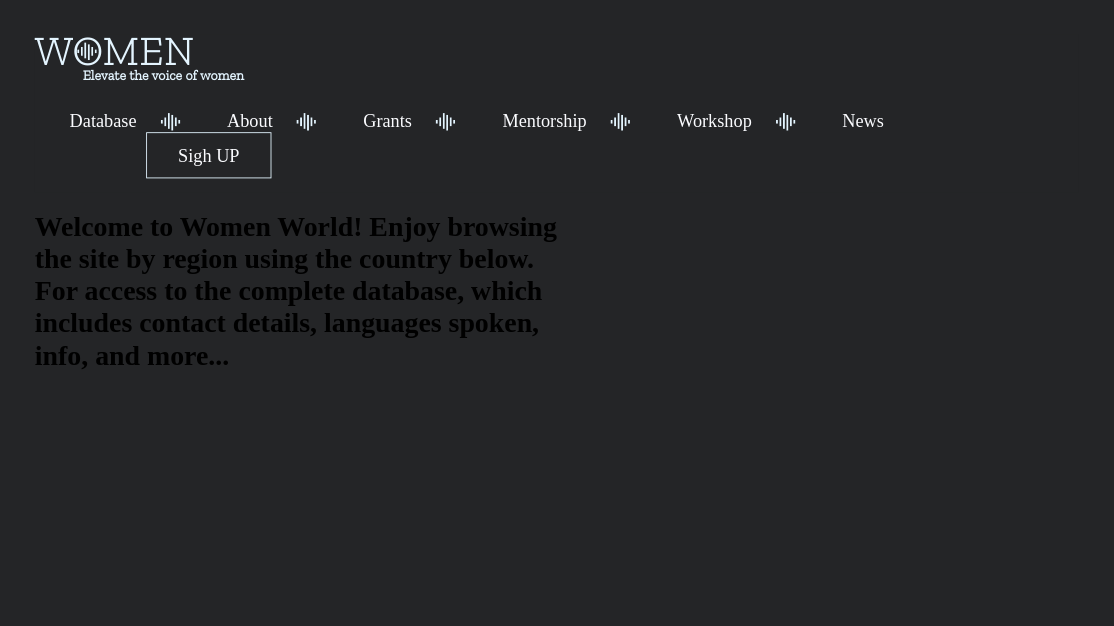
Repository: AndreyMykulych/user_home_work_Mykulych
Page: 5/index.html
An editor plug-in stored every save of this project. The page is shown before and after the next save, followed by the edit.
The browser window is 1280 px wide. The pictures show the whole page, at 87% of full size.

Above is the page before, as saved 2023-03-04 20:21:53.

### 5/index.html
<!DOCTYPE html>
<html lang="en">
<head>
    <meta charset="UTF-8">
    <meta http-equiv="X-UA-Compatible" content="IE=edge">
    <meta name="viewport" content="width=device-width, initial-scale=1.0">
    <title>Document</title>
    <link rel="stylesheet" href="style/normalize.css">
    <link rel="stylesheet" href="style/index.css">
    <link rel="preconnect" href="https://fonts.googleapis.com">
<link rel="preconnect" href="https://fonts.gstatic.com" crossorigin>
<link href="https://fonts.googleapis.com/css2?family=Roboto&family=Zilla+Slab:wght@300&display=swap" rel="stylesheet">
<link rel="preconnect" href="https://fonts.googleapis.com">
<link rel="preconnect" href="https://fonts.gstatic.com" crossorigin>
<link href="https://fonts.googleapis.com/css2?family=Roboto&family=Zilla+Slab:wght@300&display=swap" rel="stylesheet">
<link rel="preconnect" href="https://fonts.googleapis.com">
<link rel="preconnect" href="https://fonts.gstatic.com" crossorigin>
<link href="https://fonts.googleapis.com/css2?family=Roboto&family=Zilla+Slab:wght@300&display=swap" rel="stylesheet">
</head>
<body>

    <div class="header clearfix">
        <div class="logo clearfix">
            WOMEN
            <p>Elevate the voice of women</p>
        </div>
        <div class="menu clearfix">
            <ul>
                <li>
                    <a href="#">Database</a>
                </li>
                <li>
                    <a href="#">About</a>
                </li>
                <li>
                    <a href="#">Grants</a>
                </li>
                <li>
                    <a href="#">Mentorship</a>
                </li>
                <li>
                    <a href="#">Workshop</a>
                </li>
                <li>
                    <a href="#">News</a>
                </li>
                <li>
                    <a class="header_button" type="button" href="#">Sigh UP</a>
                </li>
            </ul>
        </div>
    </div>

<div class="middle_content">
    <h1>Welcome to Women World!

        Enjoy browsing the site by region using the country below.

        For access to the complete database, which includes contact details, languages spoken, info, and more...</h1>
</div>
</body>
</html>

### 5/style/index.css
*{
    box-sizing: border-box;
}
.clearfix::after{
    content: "";
    display: table;
    clear: both;
}
body{
    background-color: #242527;

    margin-top: 40px;
    margin-bottom:69px ;
    margin-left: 40px;
    margin-right: 40px;
}

.header{
    width: 100%;
    height: auto;
    margin: 0 auto;
    background-color: #242527;
}
.logo {
    display: inline-block;
    float: left;
    width: 300px;
    font-size: 48px;
    font-weight: bold;
    color: #E4F5FF;
    font-family: 'Roboto', sans-serif;
font-family: 'Zilla Slab', serif;
font-style: normal;
font-weight: 400;
line-height: 37px;
background-image: url("../img/Vector_(2).png");
background-repeat: no-repeat;
background-size: auto;
background-position-x: 49px;
background-position-y: 9px;
margin: 0;
  }
  .logo p{
      width: 200px;
      margin: 0;
      font-family: 'Roboto', sans-serif;
      font-family: 'Zilla Slab', serif;
    font-style: normal;
    font-weight: 700;
    font-size: 16px;
    line-height: 20px;
    color: #E4F5FF;
    margin-left: 55px;
  }
   .menu {
       display: inline-block;
       float: right;

   }
   .menu li{
       display: inline-block;
       margin-right: 50px;
       margin-top: 14px;
   }
  .menu a{
      color: #FBFCFF;
      text-decoration: none;
      font-family: 'Clab';
font-style: normal;
font-weight: 300;
font-size: 21px;
line-height: 25px;
  }
  .menu li:last-child{
      border: 1px solid #E4F5FF;
      width: 144px;
      height: 53px;
      font-family: 'Clab';
font-style: normal;
font-weight: 300;
font-size: 21px;
line-height: 51px;
background-image: none;
margin-right: 0;
text-align:  center;
margin-left: 88px;
margin-top: 0;
padding-right: 0;
font-family: 'Roboto', sans-serif;
font-family: 'Zilla Slab', serif;
  }
  .menu a:visited{
      color:#FBFCFF;
  }
  .menu ul li{
      background-image: url("../img/Vector_(2).png");
      background-repeat: no-repeat;
      background-position:center right ;
      padding-right: 50px;
  }
  .menu li:nth-last-child(2){
    background-image: none;
}
.middle_content{
    width: 620px;
    height: auto;
}

Loaded but not shown: 5/style/normalize.css (library)

After the next save:
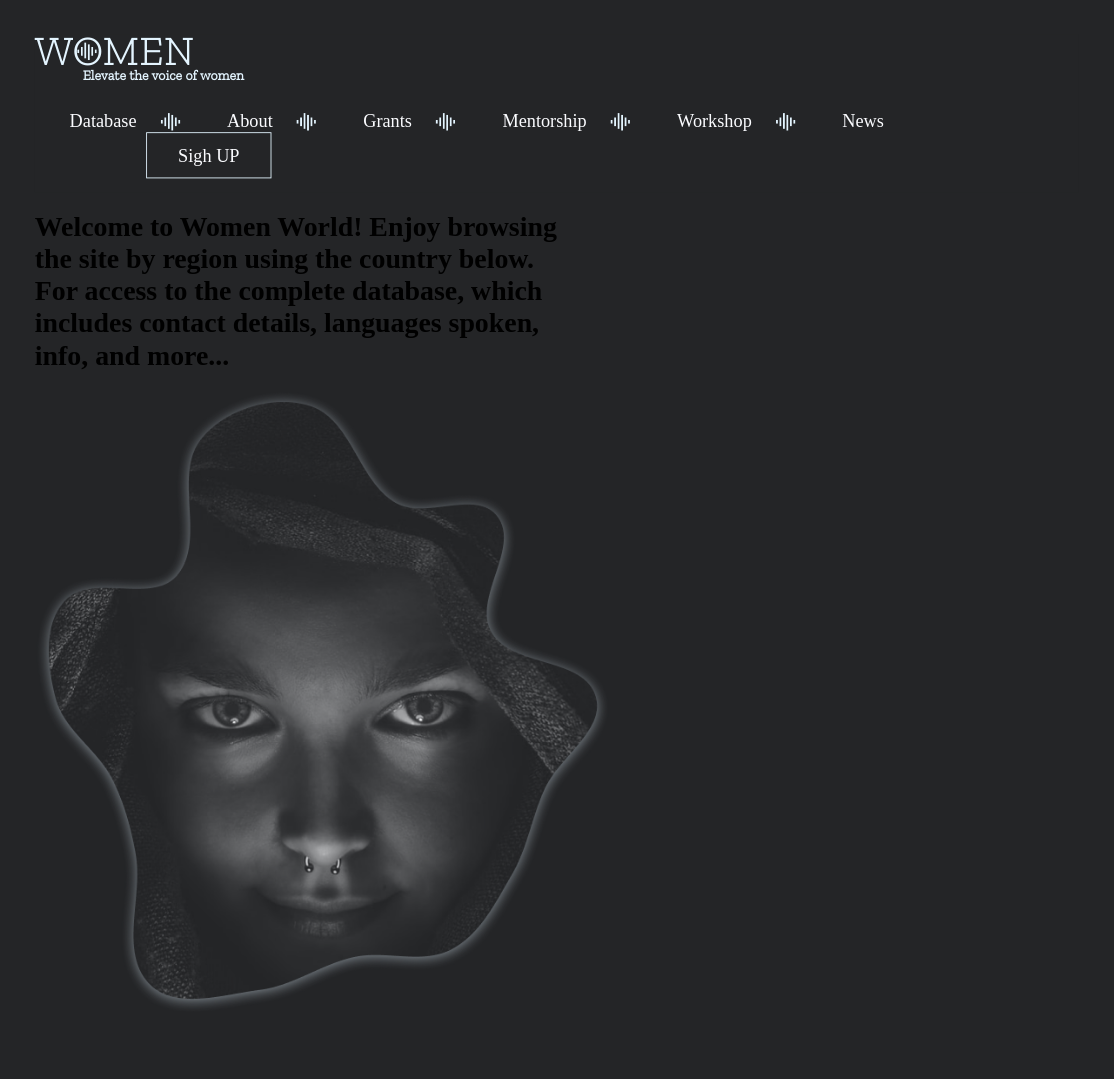
Saved 2 min 1 s later.
--- a/5/index.html
+++ b/5/index.html
@@ -57,6 +57,8 @@
         Enjoy browsing the site by region using the country below.
 
         For access to the complete database, which includes contact details, languages spoken, info, and more...</h1>
-</div>
+        <img src="img/background_right.png" alt="">
+
+    </div>
 </body>
 </html>
